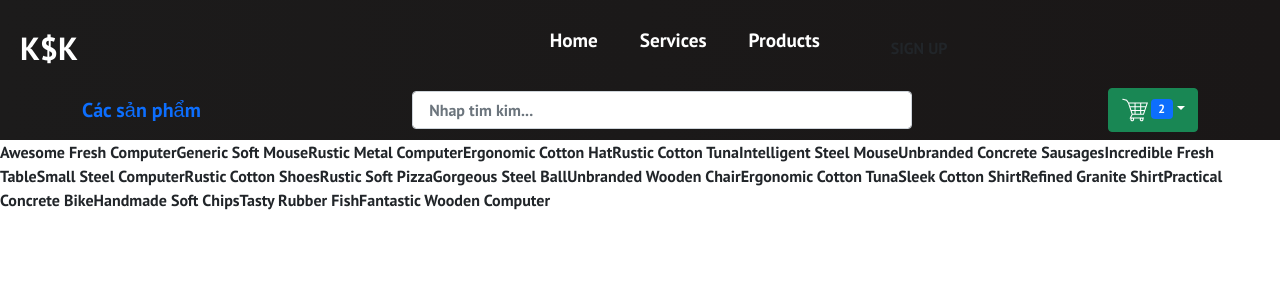
Repository: NguyenKhanhDP/nguyenankhanh-datttn2021
Page: /products/homecart
The author's editor kept a copy of each file at every save. The page is drawn from the files as they stood at one save, then again after a run of saves.
The browser window is 1280 px wide. The pictures show the whole page.
Some web libraries are served in a nearby version. The project was rebuilt for these pictures with package versions that can differ from the ones it lists, and the page was loaded fresh each time. Also part of the build but not shown: src/components/Cards.css, src/components/CardItem.js, src/components/Cards.js, src/components/HeroSection.js, src/components/Footer.js, src/components/pages/Home.js, src/components/pages/Services.js, src/components/pages/productshopping/Cartview.js. Imported but missing from the stored project, and not drawn on this page: src/components/pages/SignUp.

Above is the page before, as saved 2021-09-29 21:28:03.

After the next 5 saves:
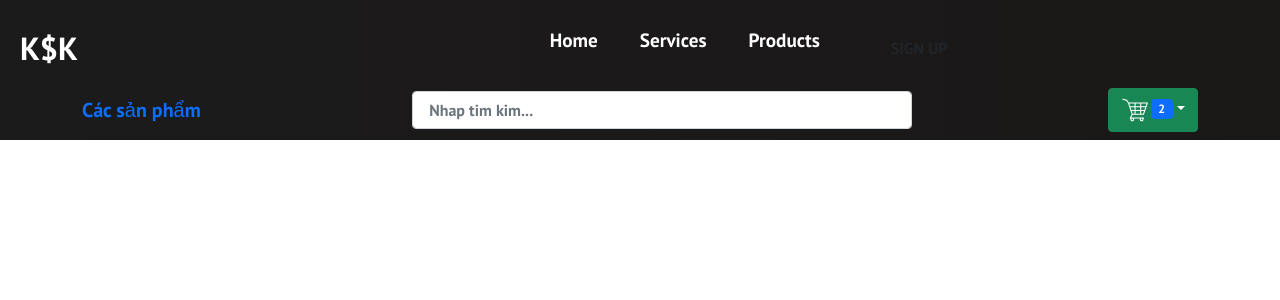
The 5 saves are shown as one change because 1 did not build or start and some came seconds apart.
The last was saved 34 s later.
--- a/src/components/pages/productshopping/HomeCart.js
+++ b/src/components/pages/productshopping/HomeCart.js
@@ -1,5 +1,6 @@
 import React from 'react'
 import { CartState } from '../context/Context'
+import { SingleProduct } from './SingleProduct';
 
 export const HomeCart = () => {
     const { state: { products }} = CartState();
@@ -13,7 +14,7 @@ export const HomeCart = () => {
             <div className="productContainer">
                 { products.map((prod) =>{
                     return (
-                        <span>{prod.name}</span>
+                       <SingleProduct />
                     )
                 })}
             </div>
